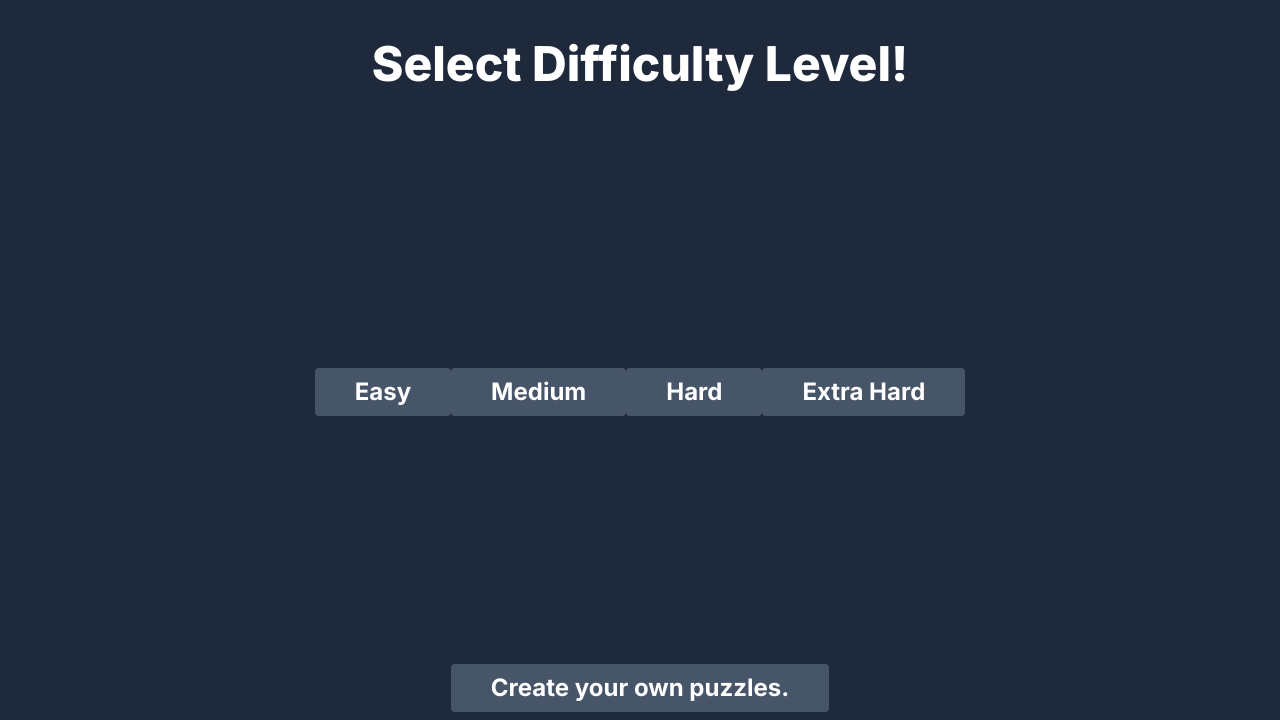
Repository: badhon252/sudoku
Page: /level
An editor plug-in stored every save of this project. The page is shown before and after the next save, followed by the edit.
The browser window is 1280 px wide. The pictures show the whole page.
The project was rebuilt for these pictures with package versions that can differ from the ones it lists, and the page was loaded fresh each time. The framework's server and built-in components were replaced by stand-ins that run in the browser. Also part of the build but not shown: next.config.js.

Above is the page before, as saved 2023-06-04 21:58:14.

### app/level/page.tsx
import React from 'react'

export default function Level() {
  return (
    <div className='min-h-screen flex flex-col items-center  justify-between bg-slate-800 text-white'>
        <h1 className='text-5xl font-extrabold my-10'>Select Difficulty Level! </h1>
        <div className="btns">

        <button type='button' className='my-2 py-2 px-10 text-2xl font-bold bg-slate-600 rounded'>Easy</button>
        <button type='button' className='my-2 py-2 px-10 text-2xl font-bold bg-slate-600 rounded'>Medium</button>
        <button type='button' className='my-2 py-2 px-10 text-2xl font-bold bg-slate-600 rounded'>Hard</button>
        <button type='button' className='my-2 py-2 px-10 text-2xl font-bold bg-slate-600 rounded'>Extra Hard</button>
        </div>

        <button type='button' className='my-2 py-2 px-10 text-2xl font-bold bg-slate-600 rounded'>Create your own puzzles.</button>
    </div>
  )
}

Loaded but not shown: app/layout.tsx (common file); app/globals.css (common file); tailwind.config.js (common file)

After the next save:
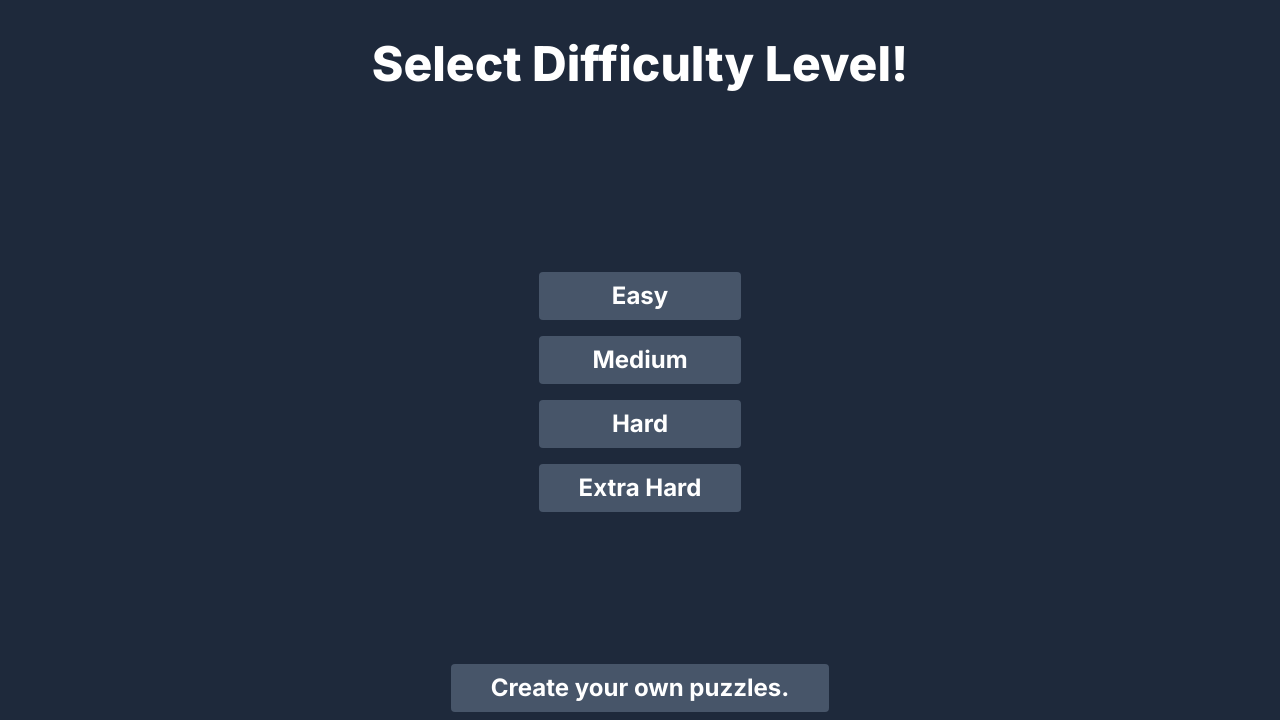
Saved 18 s later.
--- a/app/level/page.tsx
+++ b/app/level/page.tsx
@@ -4,7 +4,7 @@ export default function Level() {
   return (
     <div className='min-h-screen flex flex-col items-center  justify-between bg-slate-800 text-white'>
         <h1 className='text-5xl font-extrabold my-10'>Select Difficulty Level! </h1>
-        <div className="btns">
+        <div className="btns  flex flex-col">
 
         <button type='button' className='my-2 py-2 px-10 text-2xl font-bold bg-slate-600 rounded'>Easy</button>
         <button type='button' className='my-2 py-2 px-10 text-2xl font-bold bg-slate-600 rounded'>Medium</button>
